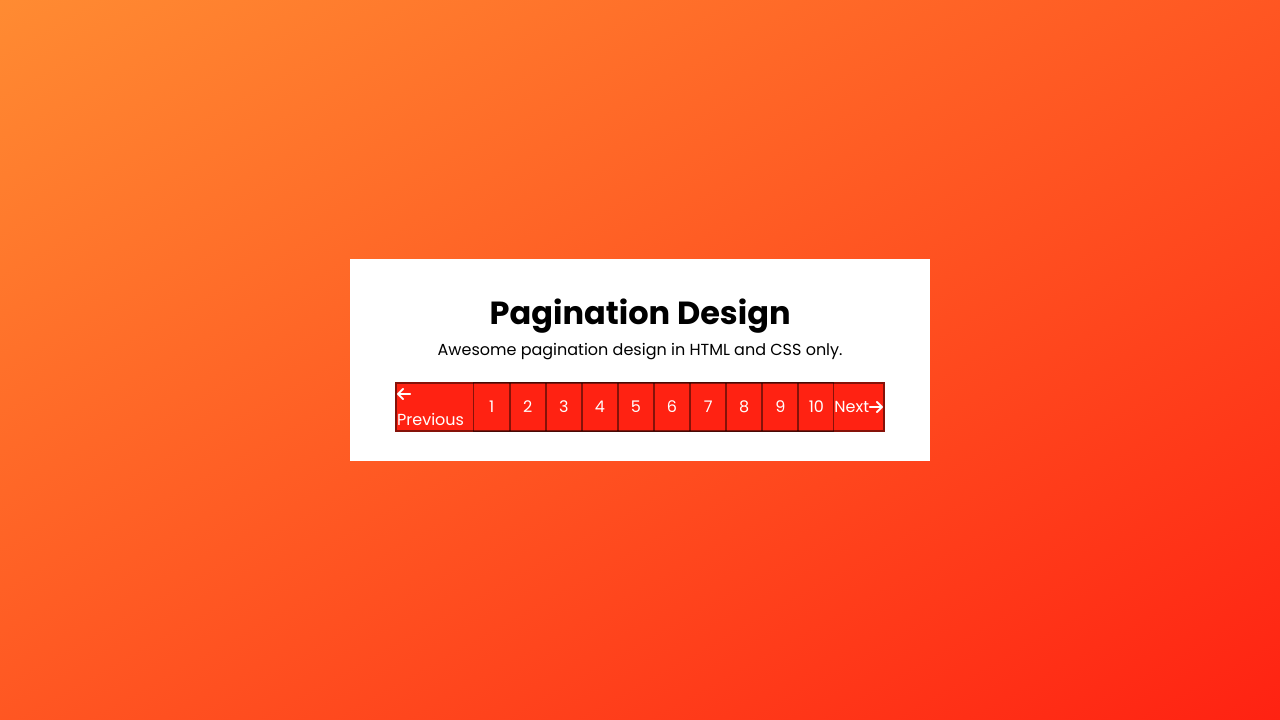
Repository: Ankitkr2021/Awesome-Pagination
Page: index.html
An editor plug-in stored every save of this project. The page is shown before and after the next save, followed by the edit.
The browser window is 1280 px wide. The pictures show the whole page.

Above is the page before, as saved 2025-10-02 09:10:50.

### index.html
<!DOCTYPE html>
<html lang="en">
<head>
    <meta charset="UTF-8">
    <meta name="viewport" content="width=device-width, initial-scale=1.0">
    <title>Document</title>
    <link rel="stylesheet" href="https://cdnjs.cloudflare.com/ajax/libs/font-awesome/6.5.0/css/all.min.css">
    <link rel="stylesheet" href="./style.css">
</head>
<body>
    <div class="page">
        <h1>Pagination Design</h1>
        <p>Awesome pagination design in HTML and CSS only.</p>
        <div class="box">
             <div><i class="fas fa-arrow-left"></i> Previous</div>
            <div style="width: 40px;height: 50px; border: 1px solid rgba(0, 0, 0, 0.475);display: flex; justify-content: center; align-items: center;">1</div>
            <div style="width: 40px;height: 50px; border: 1px solid rgba(0, 0, 0, 0.475);display: flex; justify-content: center; align-items: center;">2</div>
            <div style="width: 40px;height: 50px; border: 1px solid rgba(0, 0, 0, 0.475);display: flex; justify-content: center; align-items: center;">3</div>
            <div style="width: 40px;height: 50px; border: 1px solid rgba(0, 0, 0, 0.475);display: flex; justify-content: center; align-items: center;">4</div>
            <div style="width: 40px;height: 50px; border: 1px solid rgba(0, 0, 0, 0.475);display: flex; justify-content: center; align-items: center;">5</div>
            <div style="width: 40px;height: 50px; border: 1px solid rgba(0, 0, 0, 0.475);display: flex; justify-content: center; align-items: center;">6</div>
            <div style="width: 40px;height: 50px; border: 1px solid rgba(0, 0, 0, 0.475);display: flex; justify-content: center; align-items: center;">7</div>
            <div style="width: 40px;height: 50px; border: 1px solid rgba(0, 0, 0, 0.475);display: flex; justify-content: center; align-items: center;">8</div>
            <div style="width: 40px;height: 50px; border: 1px solid rgba(0, 0, 0, 0.475);display: flex; justify-content: center; align-items: center;">9</div>
            <div style="width: 40px;height: 50px; border: 1px solid rgba(0, 0, 0, 0.475);display: flex; justify-content: center; align-items: center;">10</div>
            Next<i class="fas fa-arrow-right"></i>
        </div>
    </div>
</body>
</html>

### style.css
@import url("https://fonts.googleapis.com/css2?family=Poppins:wght@300;400;500;600;700&display=swap");

*{
    margin: 0;
    padding: 0;
    box-sizing: border-box;
    font-family: "Poppins",sans-serif;
}

body{
    display: flex;
   justify-content: center;
   align-items: center;
    height: 100vh;
    width: 100%;
    background: linear-gradient(to bottom right, rgb(255, 139, 50), rgb(255, 34, 18));
}

.page{
   display: flex;
   justify-content: center;
   align-items: center;
   flex-direction: column;
   background: #fff;
   width: 580px;
   height: 202px;
}

h1 {
    padding: 0 20px;
}

p {
    margin-bottom: 20px;
}

.box {
    background: rgb(255, 34, 18);
    color: #fff;
    height: 50px;
    width: 490px;
    display: flex;
    justify-content: space-evenly;
    align-items: center;
    border: 2px solid rgba(0, 0, 0, 0.475);
}

After the next save:
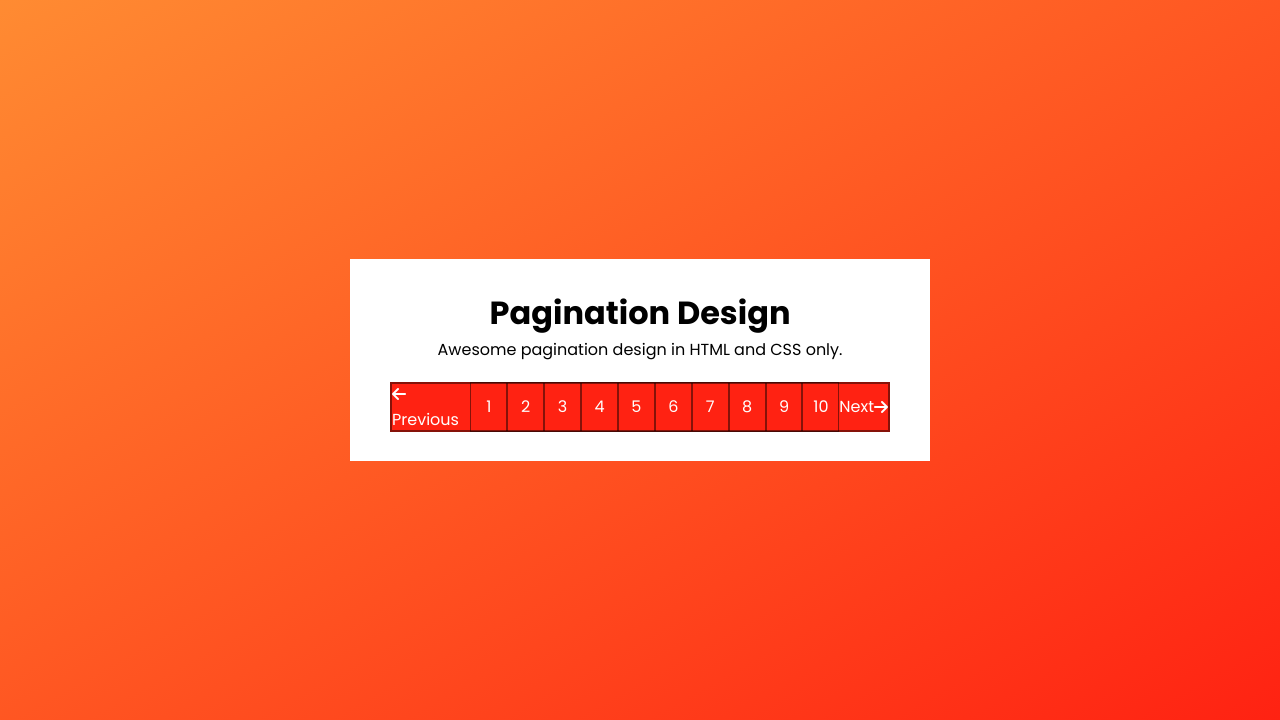
Saved 5 s later.
--- a/style.css
+++ b/style.css
@@ -38,7 +38,7 @@ p {
     background: rgb(255, 34, 18);
     color: #fff;
     height: 50px;
-    width: 490px;
+    width: 500px;
     display: flex;
     justify-content: space-evenly;
     align-items: center;
